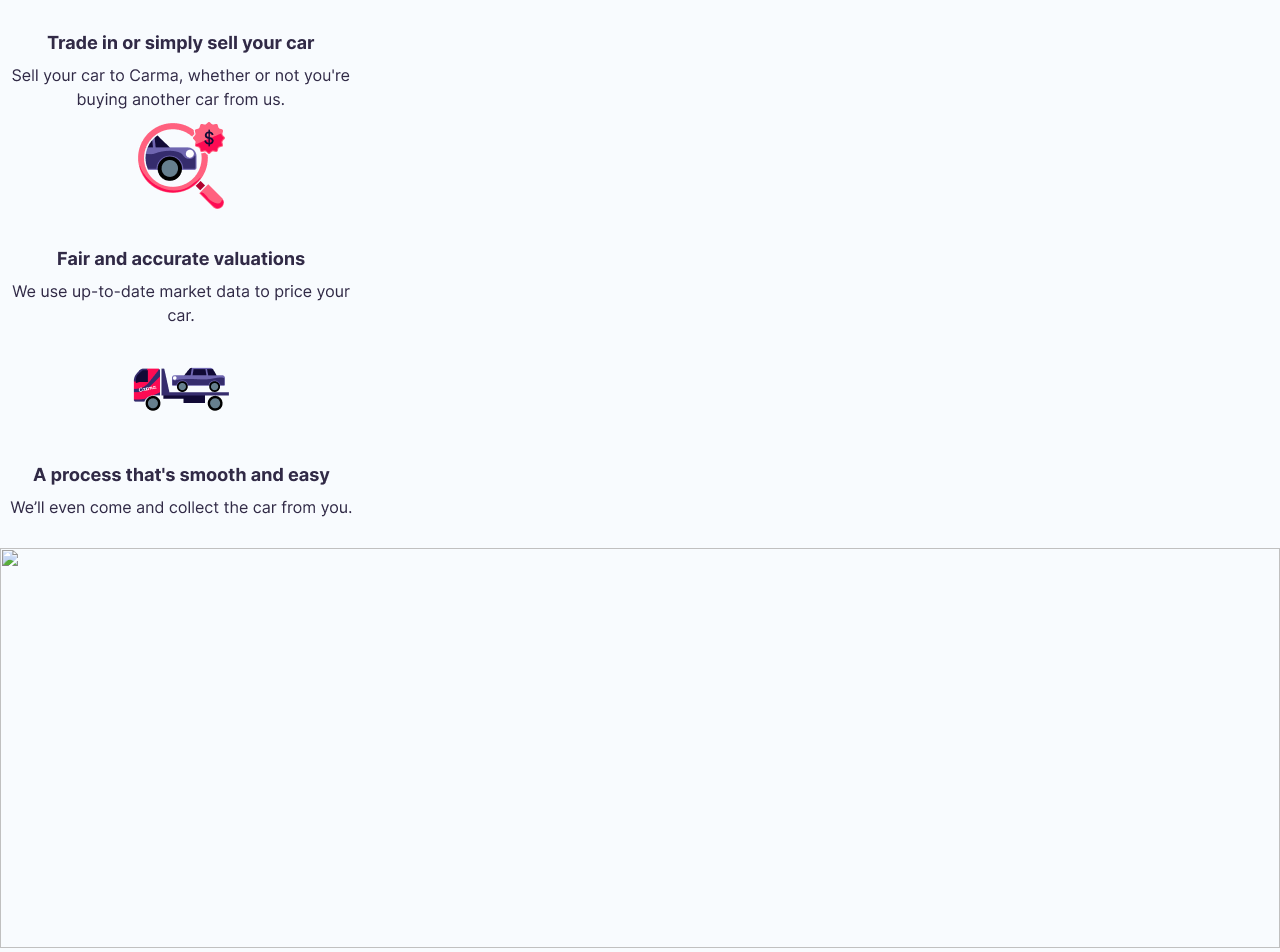
Repository: KHANas02/project
Page: index.html
An editor plug-in stored every save of this project. The page is shown before and after a run of saves, followed by the edit.
The browser window is 1280 px wide. The pictures show the part of the page from y = 600 to 1552 px (the page is 1552 px tall before and 1166 px after).

Above is the page before, as saved 2024-03-30 23:23:44.

After the next 3 saves:
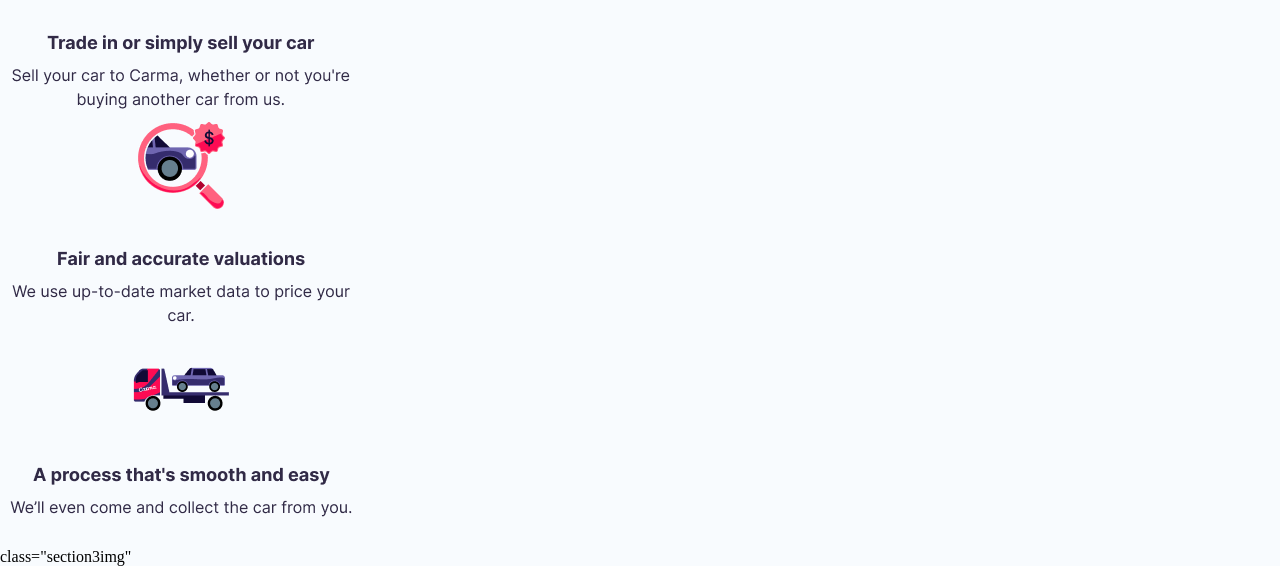
The 3 saves are shown as one change because they came seconds apart.
The last was saved 29 s later.
--- a/index.html
+++ b/index.html
@@ -33,7 +33,7 @@
 <img src="div (3).png" alt="">
 </div>
 <div class="section3">
-    <div><img src=""" alt="" class="section3img"></div>
+    <div> class="section3img"</div>
 </div>
 
 
